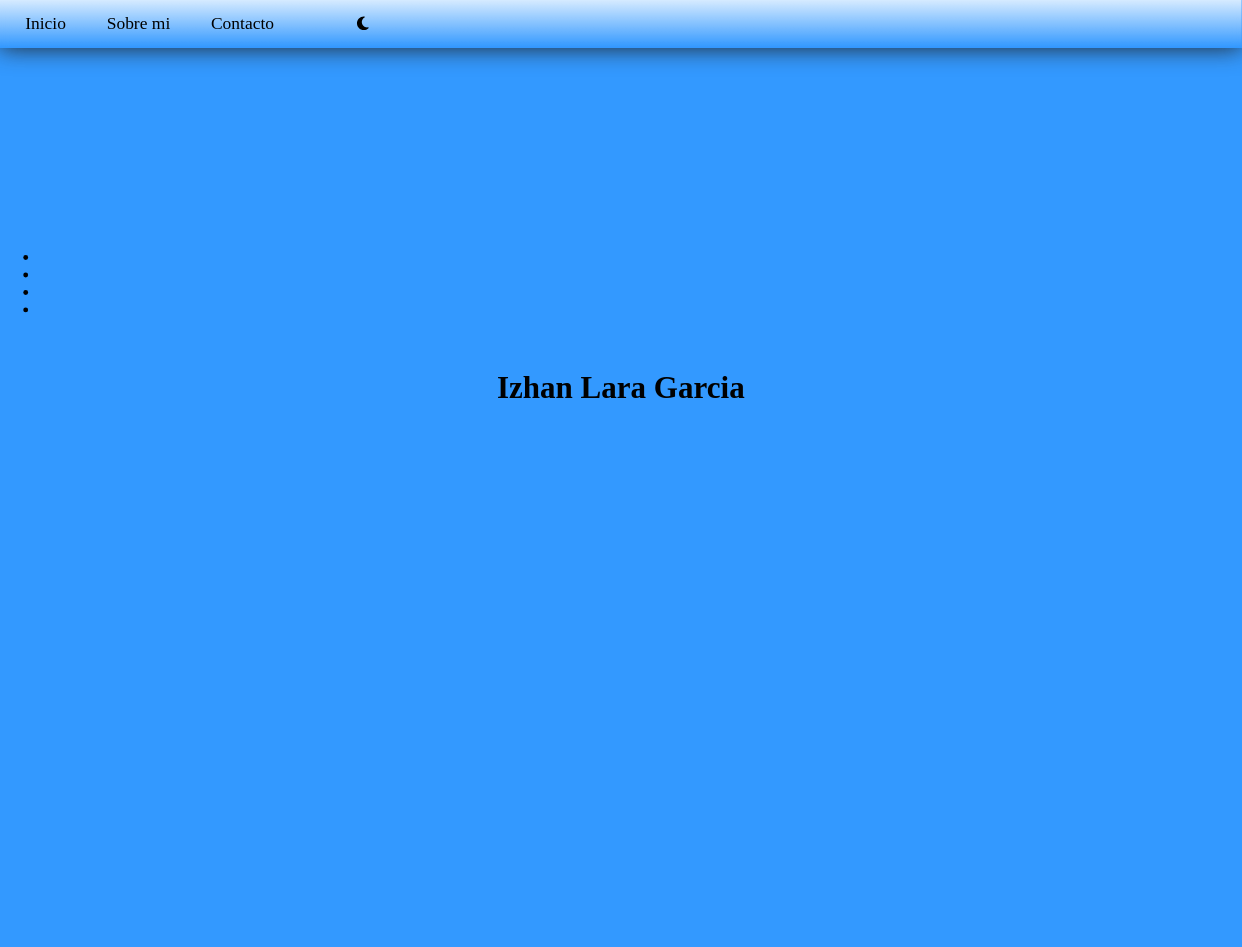
Repository: izhanlaraagarcia/izhanlaraagarcia.github.io
Page: / (app in vite-project/)
The author's editor kept a copy of each file at every save. The page is drawn from the files as they stood at one save, then again after the next save.
The browser window is 1280 px wide. The pictures show the whole page, at 97% of full size.
The project was rebuilt for these pictures with package versions that can differ from the ones it lists, and the page was loaded fresh each time. Also part of the build but not shown: vite-project/vite.config.js, vite-project/src/pages/About/styles/about.scss, vite-project/src/pages/About/about.jsx, vite-project/src/pages/Contact/contact.jsx.

Above is the page before, as saved 2024-08-19 12:24:56.

### vite-project/index.html
<!doctype html>
<html lang="en">
  <head>
    <meta charset="UTF-8" />
    <meta name="viewport" content="width=device-width, initial-scale=1.0" />
    <title>Izhan Lara Garcia</title>
  </head>
  <body>
    <div id="root"></div>
    <script type="module" src="/src/main.jsx"></script>
  </body>
</html>

### vite-project/src/App.jsx
import React from "react";
import { BrowserRouter as Router, Route, Routes } from "react-router-dom";
import Menu from "./Componentes-Generales/menu.jsx";
import Inicio from "./Home/Inicio.jsx";
import About from "./pages/About/about.jsx";
import Contact from "./pages/Contact/contact.jsx";
import { ThemeProvider } from "./Constants/themaContext.jsx";

import { library } from "@fortawesome/fontawesome-svg-core";
import { fas } from "@fortawesome/free-solid-svg-icons";

library.add(fas);

class App extends React.Component {
  render() {
    return (
      <ThemeProvider>
        <Router>
          <Menu />
          <Routes>
            <Route path="/" element={<Inicio />} />
            <Route path="/sobre-mi" element={<About />} />
            <Route path="/contacto" element={<Contact />} />
          </Routes>
        </Router>
      </ThemeProvider>
    );
  }
}

export default App;

### vite-project/src/index.css
/* :root {
  font-family: Inter, system-ui, Avenir, Helvetica, Arial, sans-serif;
  line-height: 1.5;
  font-weight: 400;

  color-scheme: light dark;
  color: rgba(255, 255, 255, 0.87);
  background-color: #242424;

  font-synthesis: none;
  text-rendering: optimizeLegibility;
  -webkit-font-smoothing: antialiased;
  -moz-osx-font-smoothing: grayscale;
}

a {
  font-weight: 500;
  color: #646cff;
  text-decoration: inherit;
}

a:hover {
  color: #535bf2;
}



h1 {
  font-size: 3.2em;
  line-height: 1.1;
}

button {
  border-radius: 8px;
  border: 1px solid transparent;
  padding: 0.6em 1.2em;
  font-size: 1em;
  font-weight: 500;
  font-family: inherit;
  background-color: #1a1a1a;
  cursor: pointer;
  transition: border-color 0.25s;
}

button:hover {
  border-color: #646cff;
}

button:focus,
button:focus-visible {
  outline: 4px auto -webkit-focus-ring-color;
}

@media (prefers-color-scheme: light) {
  :root {
    color: #213547;
    background-color: #ffffff;
  }

  a:hover {
    color: #747bff;
  }

  button {
    background-color: #f9f9f9;
  }
} */

body {
  right: 0;
  margin: 0%;
  width: 100%;
  margin-top: 20%;
  text-align: center;
  min-width: 320px;
  min-height: 100vh;

}

button {
  border-radius: 8px;
  border: 1px solid transparent;
  padding: 0.6em 1.2em;
  font-size: 1em;
  font-weight: 500;
  font-family: inherit;
  background-color: #1a1a1a;
  cursor: pointer;
  transition: border-color 0.25s;
}

### vite-project/src/Componentes-Generales/menu.jsx
import React from "react";
import { Link } from "react-router-dom";
import "./styles/menu.scss";
import TemaComponent from "./thema";
import { useTheme } from "../Constants/themaContext";

// import { LANGUAGES } from "../Constants/lenguaje";

const Menu = () => {
  const { dark } = useTheme();
  return (
    <header>
      <nav className={`menu ${dark ? 'dark-mode' : 'light-mode'}`}>
        <ul>
          <li>
            <Link to="/">Inicio</Link>
            <i className="fas fa-address-card" aria-hidden="true"></i>
          </li>
          <li>
            <Link to="/sobre-mi">Sobre mi</Link>
          </li>
          <li>
            <Link to="/contacto">Contacto</Link>
          </li>
          <li>
            <TemaComponent />
          </li>
        </ul>
      </nav>
    </header>
  );
};

export default Menu;

### vite-project/src/Home/Inicio.jsx
import React from "react";
import "./Styles/estilos.scss";
import Background from "../Componentes-Generales/background";

import SocialMedia from "../Componentes-Generales/social"

const Inicio = () => {
  return (
    <div className="portfolio">
      <header>
        <h1>Izhan Lara Garcia</h1>
      </header>
      <div className="social-media-container">
        <SocialMedia/>
      </div>
      <Background/>
    </div>
  );
};

export default Inicio;

### vite-project/src/Constants/themaContext.jsx
import React, { createContext, useState, useContext } from "react";

const ThemeContext = createContext();

export const useTheme = () => useContext(ThemeContext);

export const ThemeProvider = ({ children }) => {
  const [dark, setDark] = useState(false);

  const toggleTheme = () => {
    setDark((prevDark) => !prevDark);
  };

  return (
    <ThemeContext.Provider value={{ dark, toggleTheme }}>
      {children}
    </ThemeContext.Provider>
  );
};

### vite-project/src/Componentes-Generales/styles/menu.scss
/* src/Componentes-Generales/styles/menu.css */

nav {
  top: 0;
  right: 0;
  margin: 0;
  padding: 0;
  position: fixed;
  width: 100%;
  background: linear-gradient(to bottom, rgba(255, 255, 255, 0.8), rgba(255, 255, 255, 0)) no-repeat;
  backdrop-filter: blur(5px);
  box-shadow: 0px 0px 25px #222;
  z-index: 10;

}

nav ul {
  list-style-type: none;
  padding: 0;
  margin: 0;
  display: flex;
  align-items: center;
}

nav li {
  margin-left: 10px;
}

nav a {
  display: flex;
  align-items: center;
  text-align: center;
  padding: 14px 16px;
  text-decoration: none;
  font-size: 18px;
  color: inherit;
  position: relative;
  overflow: hidden;
  transition: color 0.3s;
}

nav a:hover {
  color: #00aaff;
}

.fa-icon {
  margin-left: 8px;
}

.light-mode {
  color: black;
}

.dark-mode {
  color: white;
}

body {
  transition: background-color 0.5s, color 0.5s;
}

#tema {
  margin-left: 10px;
}

### vite-project/src/Componentes-Generales/thema.jsx
// TemaComponent.jsx
import React from "react";
import { FontAwesomeIcon } from "@fortawesome/react-fontawesome";
import { faSun, faMoon } from "@fortawesome/free-solid-svg-icons";
import { useTheme } from "../Constants/themaContext"; // Asegúrate de importar correctamente

const TemaComponent = () => {
  const { dark, toggleTheme } = useTheme();

  const handleClick = () => {
    toggleTheme();
    if (dark) {
      document.body.style.backgroundColor = "white";
      document.body.classList.remove("dark-mode");
      document.body.classList.add("light-mode");
    } else {
      document.body.style.backgroundColor = "black";
      document.body.classList.remove("light-mode");
      document.body.classList.add("dark-mode");
    }
  };

  return (
    <button
      id="tema"
      style={{
        cursor: "pointer",
        background: "none",
        border: "none",
        outline: "none",
        marginLeft: "80%",
      }}
      onClick={handleClick}
      aria-label={dark ? "Cambiar al modo claro" : "Cambiar al modo oscuro"}
    >
      <FontAwesomeIcon
        icon={dark ? faSun : faMoon}
        style={{ color: dark ? "white" : "inherit" }}
      />
    </button>
  );
};

export default TemaComponent;

### vite-project/src/Home/Styles/estilos.scss
h1{
  position: absolute;
  top: 50%; right: 0; left: 0; bottom: 0;

}

### vite-project/src/Componentes-Generales/background.jsx
import React from "react";
import "./styles/background.scss";

class Background extends React.Component {
  render() {
    return (
      <div></div>
    );
  }
}

export default Background;

### vite-project/src/Componentes-Generales/social.jsx
import React from 'react';

import "./styles/timelinecss.scss"

const SocialMedia = () => {
  return (
    <div className="social-media-container">
      <ul>
        <li>
          <a href="https://www.linkedin.com/in/izhan-lara-garcia/" target="_blank" rel="noopener noreferrer">
            <i className="fab fa-linkedin-in" />
          </a>
        </li>
        <li>
          <a href="https://github.com/izhanlg" target="_blank" rel="noopener noreferrer">
            <i className="fab fa-github" />
          </a>
        </li>
        <li>
          <a href="https://twitter.com/izhanlg" target="_blank" rel="noopener noreferrer">
            <i className="fab fa-twitter" />
          </a>
        </li>
        <li>
          <a href="https://www.instagram.com/izhanlg/" target="_blank" rel="noopener noreferrer">
            <i className="fab fa-instagram" />
          </a>
        </li>
        {/* Agrega más redes sociales aquí */}
      </ul>
    </div>
  );
};

export default SocialMedia;

### vite-project/src/Componentes-Generales/styles/background.scss
body{
  background: #3399ff;
}


.circle{
  position: absolute;
  border-radius: 50%;
  background: white;
  animation: ripple 15s infinite;
  box-shadow: 0px 0px 1px 0px #508fb9;
}

.small{
  width: 200px;
  height: 200px;
  left: -100px;
  bottom: -100px;
}

.medium{
  width: 400px;
  height: 400px;
  left: -200px;
  bottom: -200px;
}

.large{
  width: 600px;
  height: 600px;
  left: -300px;
  bottom: -300px;
}

.xlarge{
  width: 800px;
  height: 800px;
  left: -400px;
  bottom: -400px;
}

.xxlarge{
  width: 1000px;
  height: 1000px;
  left: -500px;
  bottom: -500px;
}

.shade1{
  opacity: 0.2;
}
.shade2{
  opacity: 0.5;
}

.shade3{
  opacity: 0.7;
}

.shade4{
  opacity: 0.8;
}

.shade5{
  opacity: 0.9;
}

@keyframes ripple{
  0%{
    transform: scale(0.8);
  }

  50%{
    transform: scale(1.2);
  }

  100%{
    transform: scale(0.8);
  }
}

### vite-project/src/Componentes-Generales/styles/timelinecss.scss
.social-media-container{
    margin-top: 20%;
}

Loaded but not shown: vite-project/src/main.jsx (common file)

After the next save:
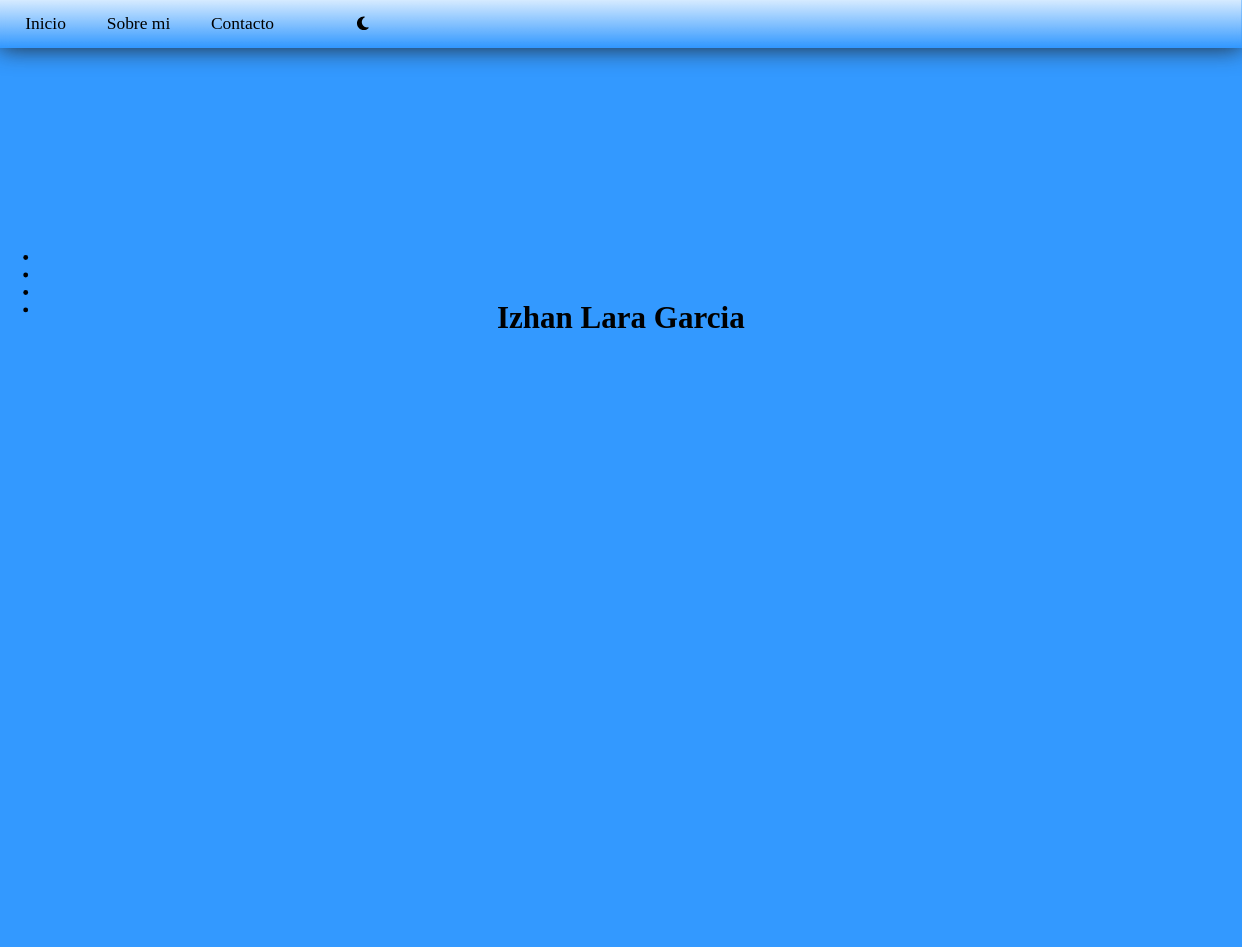
Saved 7 s later.
--- a/vite-project/src/Home/Styles/estilos.scss
+++ b/vite-project/src/Home/Styles/estilos.scss
@@ -1,5 +1,5 @@
 h1{
   position: absolute;
-  top: 50%; right: 0; left: 0; bottom: 0;
+  top: 40%; right: 0; left: 0; bottom: 0;
 
 }
